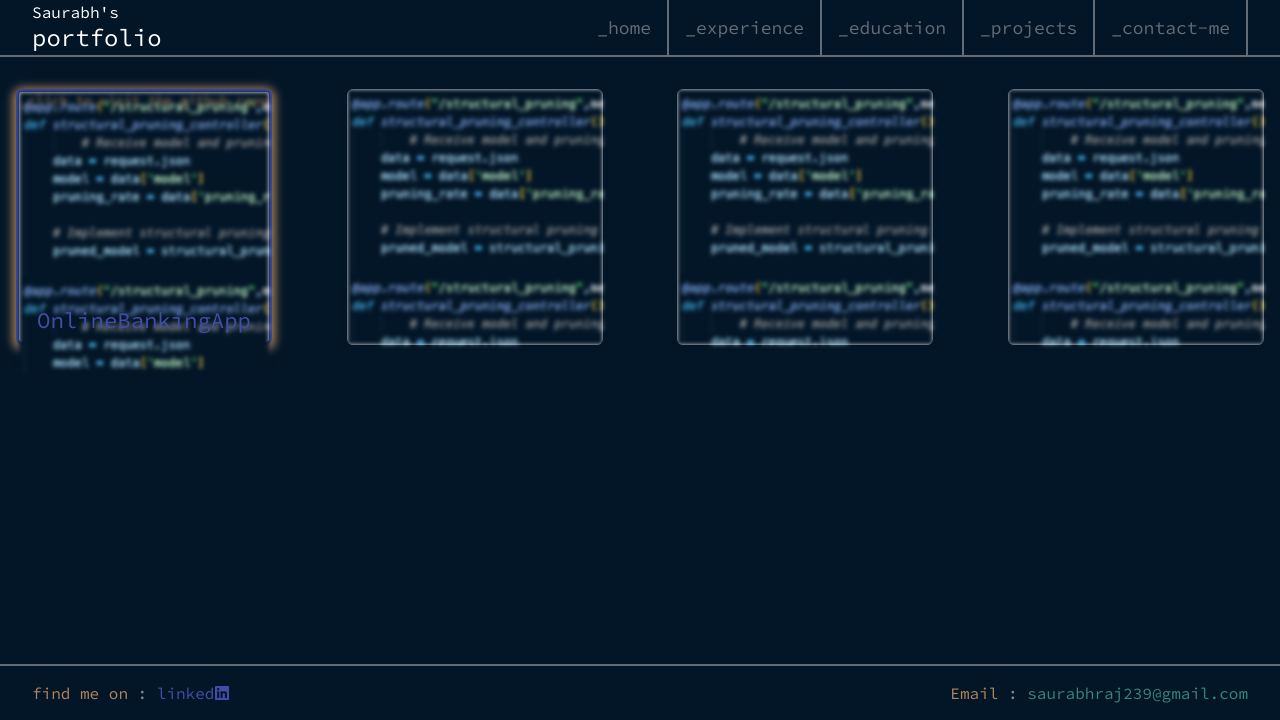
Repository: saurabhraj23/FrontendReactPortfolio
Page: /projects
The author's editor kept a copy of each file at every save. The page is drawn from the files as they stood at one save, then again after the next save.
The browser window is 1280 px wide. The pictures show the whole page.
The pointer rests on the first visible `.project-item`.
The project was rebuilt for these pictures with package versions that can differ from the ones it lists, and the page was loaded fresh each time. Also part of the build but not shown: vite.config.js, src/components/Education.jsx, src/components/Experience.jsx, src/components/Contacts.jsx, src/styles/default-page.css, src/components/DefaultPage.jsx.

Above is the page before, as saved 2024-07-23 15:03:17.

After the next save:
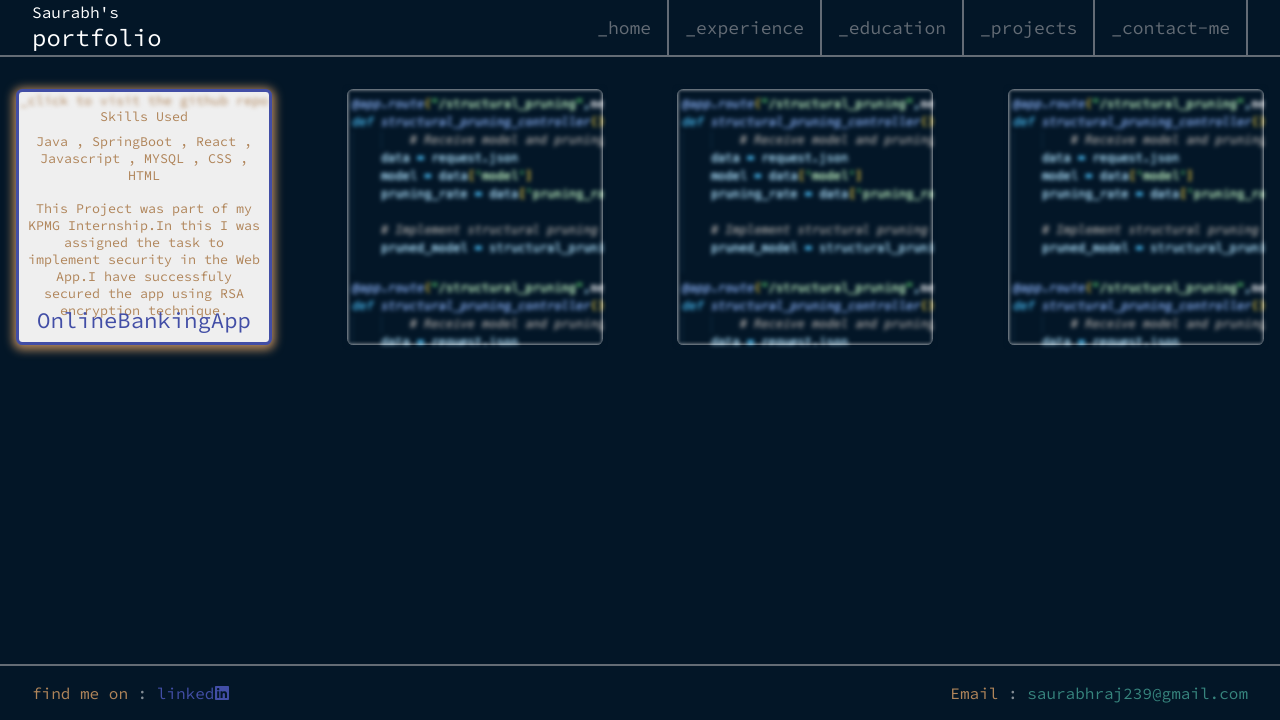
Saved 31 s later.
--- a/src/styles/project.css
+++ b/src/styles/project.css
@@ -79,6 +79,7 @@ font-size: 1.2rem;
 
   .project-item:hover::before{
 content: "_click to visit the github repo";
+background-image: none;
 position: absolute;
 bottom: -2rem;
 color: var(--tertiary-orange);
